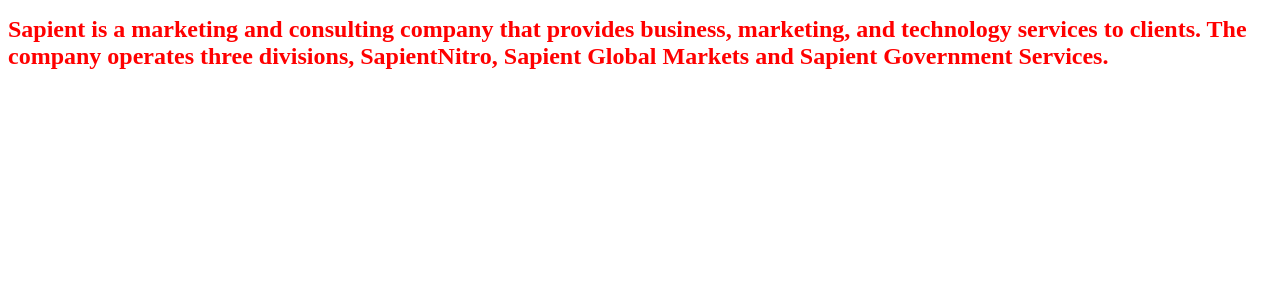
Repository: sauran/SapientTraining
Page: DemoProject/WebContent/sapient.html
The author's editor kept a copy of each file at every save. The page is drawn from the files as they stood at one save, then again after the next save.
The browser window is 1280 px wide. The pictures show the whole page.

Above is the page before, as saved 2015-09-15 09:21:25.

### DemoProject/WebContent/sapient.html
<!DOCTYPE html>
<html>
<head>
<meta charset="ISO-8859-1">
<title>Welcome To Sapient</title>
</head>

<style>

h1 {
color :red;
font-size:150%;

}
p{
color:#E6FFE6;
font-size :150%;

}


</style>
<body>

<h1>  Sapient is a marketing and consulting company that provides business, marketing, and technology services to clients. The company operates three divisions, SapientNitro, Sapient Global Markets and Sapient Government Services.</h1>
</body>
</html>

After the next save:
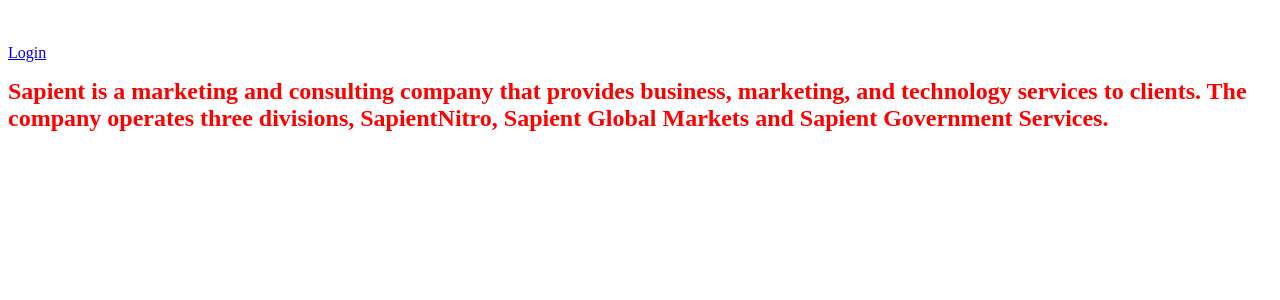
Saved 106 s later.
--- a/DemoProject/WebContent/sapient.html
+++ b/DemoProject/WebContent/sapient.html
@@ -22,6 +22,10 @@
 </style>
 <body>
 
+<br>
+<br>
+
+<a href = "Login.html"> Login</a>
 <h1>  Sapient is a marketing and consulting company that provides business, marketing, and technology services to clients. The company operates three divisions, SapientNitro, Sapient Global Markets and Sapient Government Services.</h1>
 </body>
 </html>
